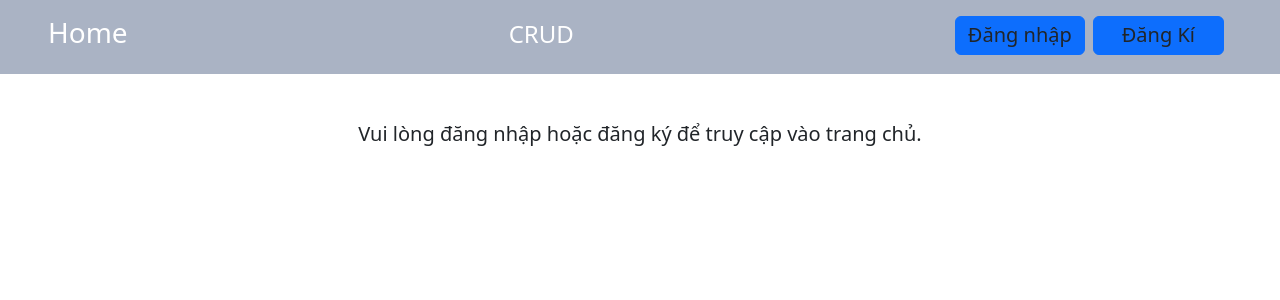
Repository: tung1999zxc/vue-project
Page: /
These files come from the project's save history. The page is drawn as it stood at one moment and after the next save; the edit follows.
The browser window is 1280 px wide. The pictures show the whole page.
The project was rebuilt for these pictures with package versions that can differ from the ones it lists, and the page was loaded fresh each time. Also part of the build but not shown: vite.config.ts, src/components/test.vue, src/components/footer1.vue, src/components/login.vue, src/components/Regis.vue, src/components/crud.vue, src/components/upload.vue.

Above is the page before, as saved 2023-08-08 08:44:09.

After the next save:
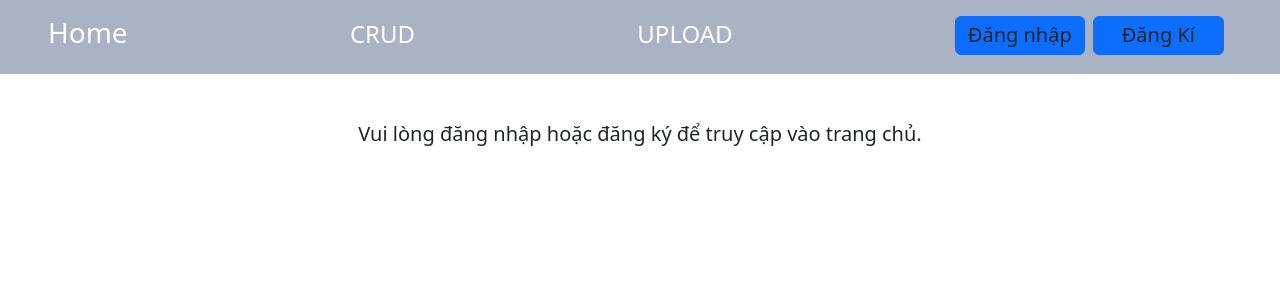
Saved 17 s later.
--- a/src/components/Menu.vue
+++ b/src/components/Menu.vue
@@ -5,7 +5,7 @@
 
         <div class="h3"><router-link class="text-white text-decoration-none" to="/">Home</router-link></div>
         <div class="h4 mt-1"><router-link class="text-white text-decoration-none" to="/crud">CRUD</router-link></div>
-        <!-- <div class="h4 mt-1"><router-link class="text-white text-decoration-none" to="/vue-upload">UPLOAD</router-link></div> -->
+        <div class="h4 mt-1"><router-link class="text-white text-decoration-none" to="/upload">UPLOAD</router-link></div>
 
 
         <div class=""><div v-if="!isAuthenticated" class="btn btn-primary mr-2 " >
